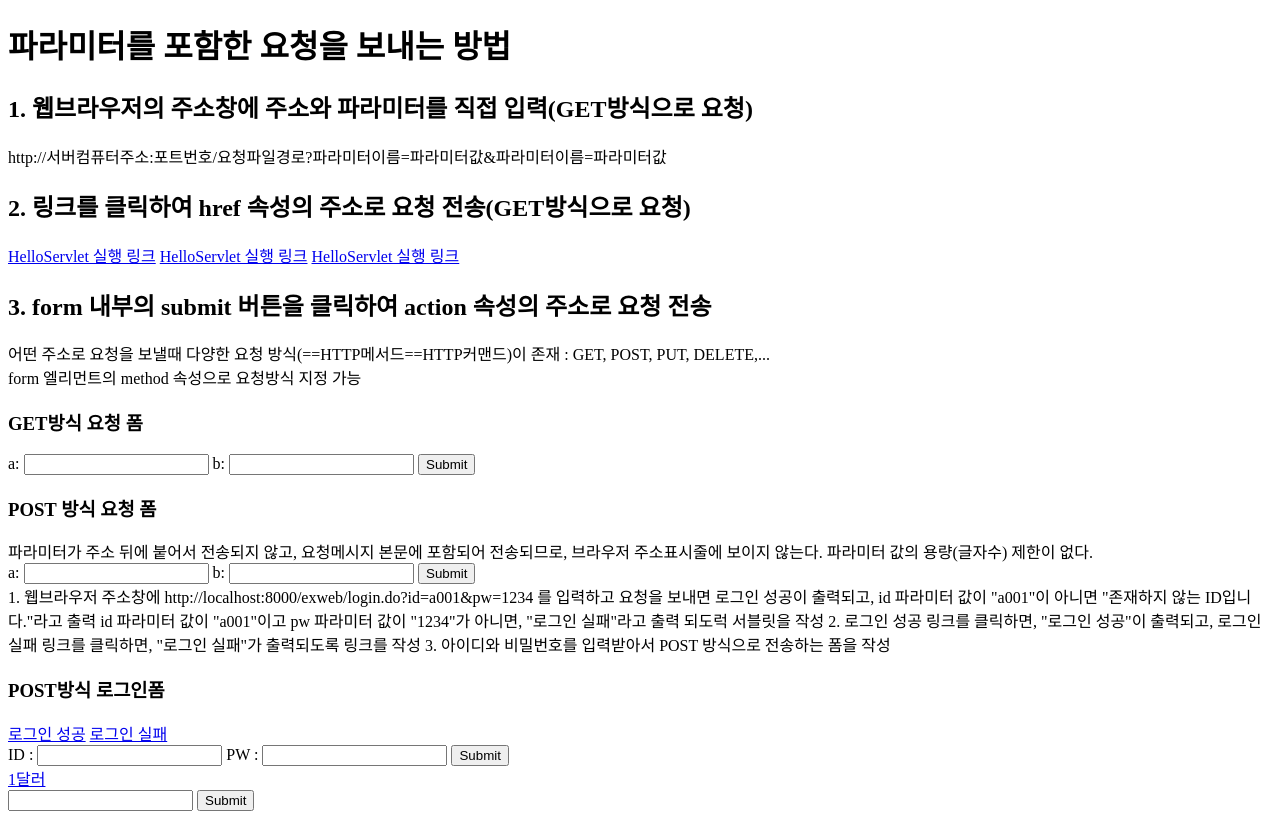
Repository: gywjd848/jeongblog
Page: workspace/exweb/WebContent/param.html
An editor plug-in stored every save of this project. The page is shown before and after the next save, followed by the edit.
The browser window is 1280 px wide. The pictures show the whole page.

Above is the page before, as saved 2020-05-15 06:55:16.

After the next save:
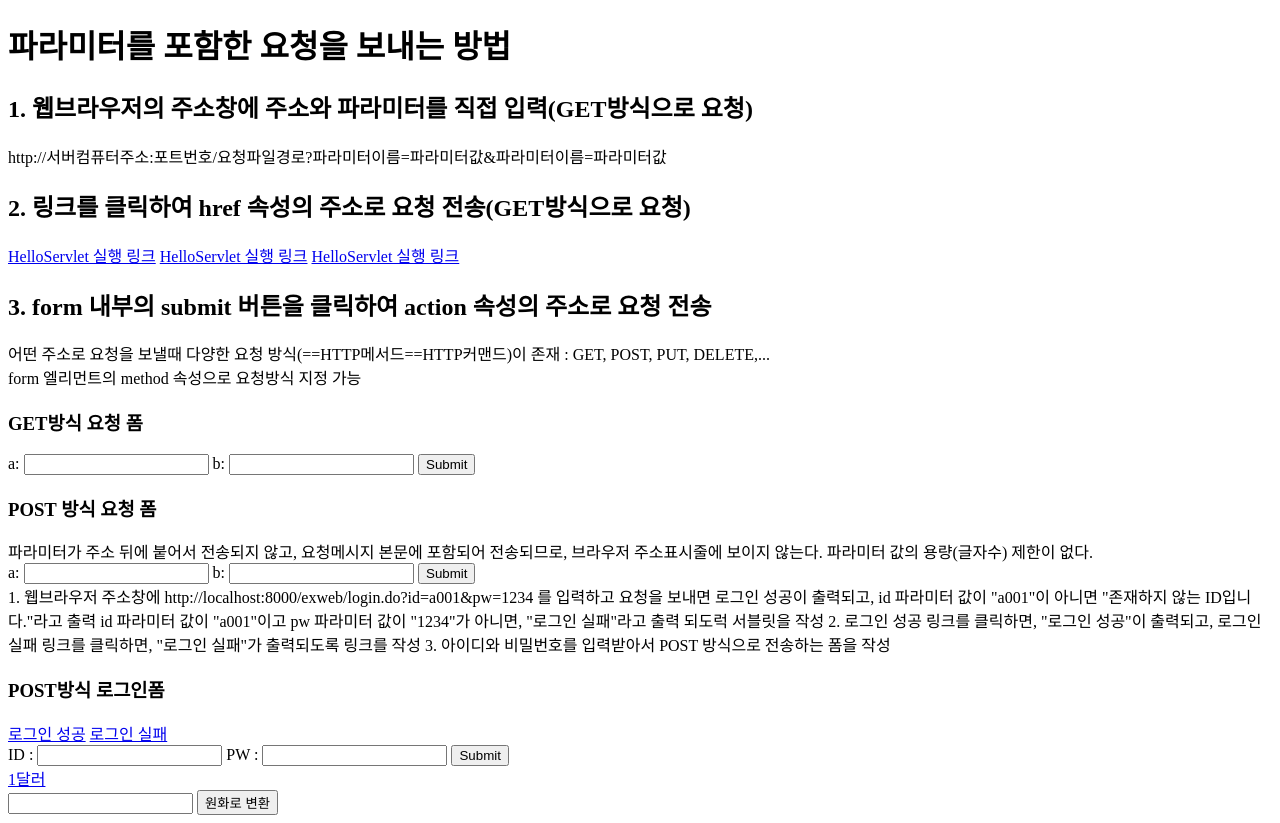
Saved 16 min 38 s later.
--- a/workspace/exweb/WebContent/param.html
+++ b/workspace/exweb/WebContent/param.html
@@ -61,7 +61,7 @@
 	</div>
 	<form action="http://localhost:8000/exweb/exchange.do" method="get">
 		<input type="text" name="dollar" />
-		<input type="submit" />
+		<input type="submit" value="원화로 변환"/>
 	</form>
 	</body>
 </html>
